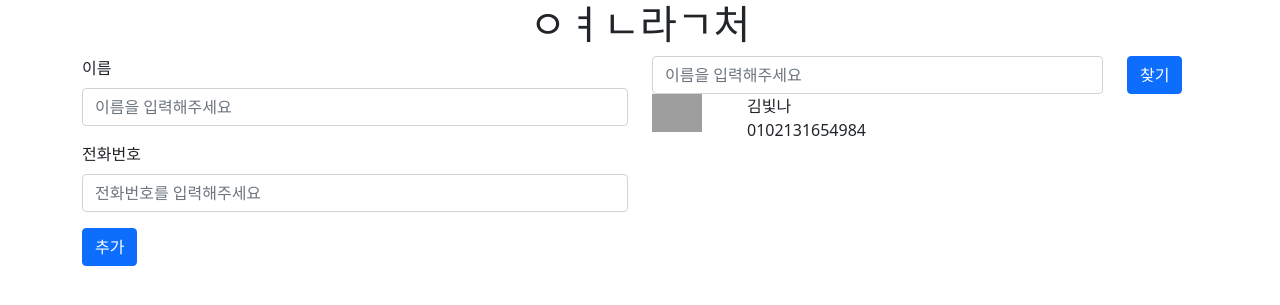
Repository: woojinShim/Noona
Page: / (app in noona-phonebook/)
These files come from the project's save history. The page is drawn as it stood at one moment and after the next save; the edit follows.
The browser window is 1280 px wide. The pictures show the whole page.
Pictures or frames that could not be fetched are drawn as grey boxes. The project was rebuilt for these pictures with package versions that can differ from the ones it lists, and the page was loaded fresh each time.

Above is the page before, as saved 2022-06-25 22:42:05.

After the next save:
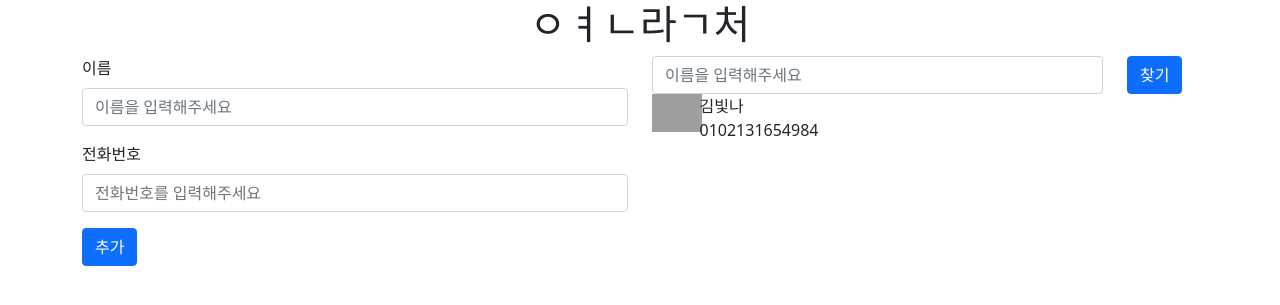
Saved 28 s later.
--- a/noona-phonebook/src/components/ContactItem.js
+++ b/noona-phonebook/src/components/ContactItem.js
@@ -4,13 +4,13 @@ import { Form, Row, Col, Button } from "react-bootstrap";
 export const ContactItem = () => {
   return (
     <Row>
-      <Col lg={2}>
+      <Col lg={1}>
         <img
           width={50}
           src="https://upload.wikimedia.org/wikipedia/commons/thumb/b/bc/Unknown_person.jpg/925px-Unknown_person.jpg"
         />
       </Col>
-      <Col lg={10}>
+      <Col lg={11}>
         <div>김빛나</div>
         <div>0102131654984</div>
       </Col>
